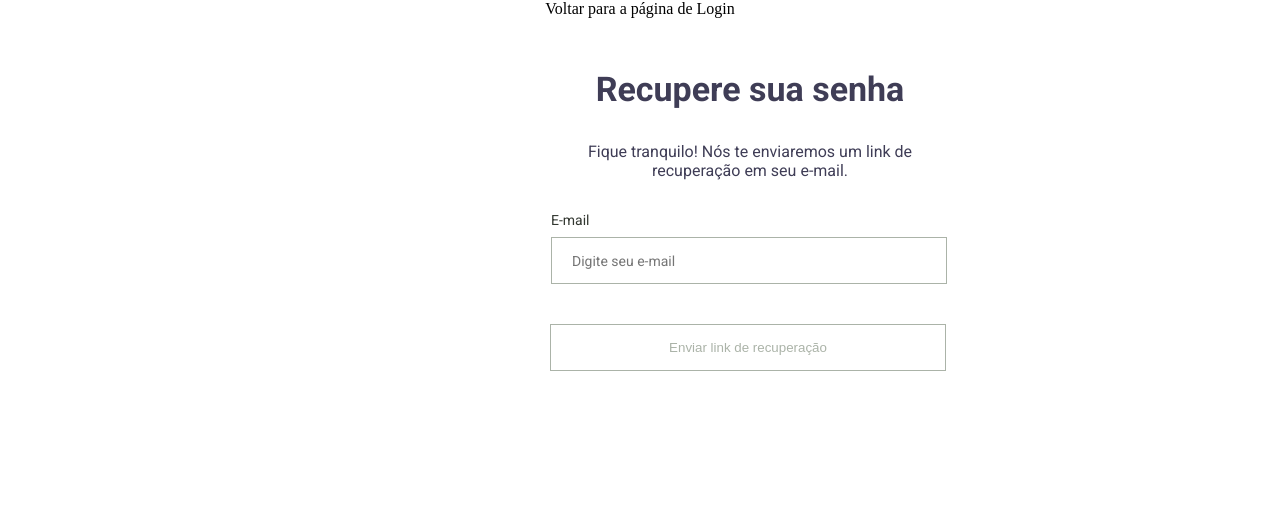
Repository: RenatoCCS/formularios
Page: senha.html
An editor plug-in stored every save of this project. The page is shown before and after the next save, followed by the edit.
The browser window is 1280 px wide. The pictures show the whole page.

Above is the page before, as saved 2023-03-27 22:05:40.

After the next save:
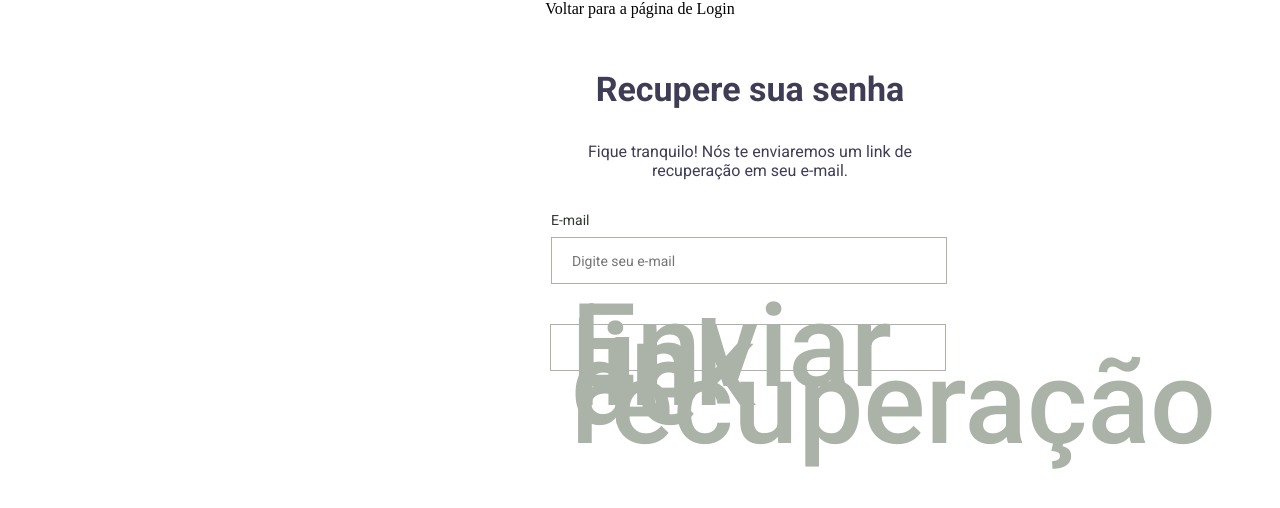
Saved 33 s later.
--- a/style.css
+++ b/style.css
@@ -854,7 +854,7 @@
   left: 550px;
 }
 
-.senha__Botao__Titulo {
+.senha__Botao__Campo {
   position: absolute;
   width: 189px;
   height: 19px;

After the save that followed:
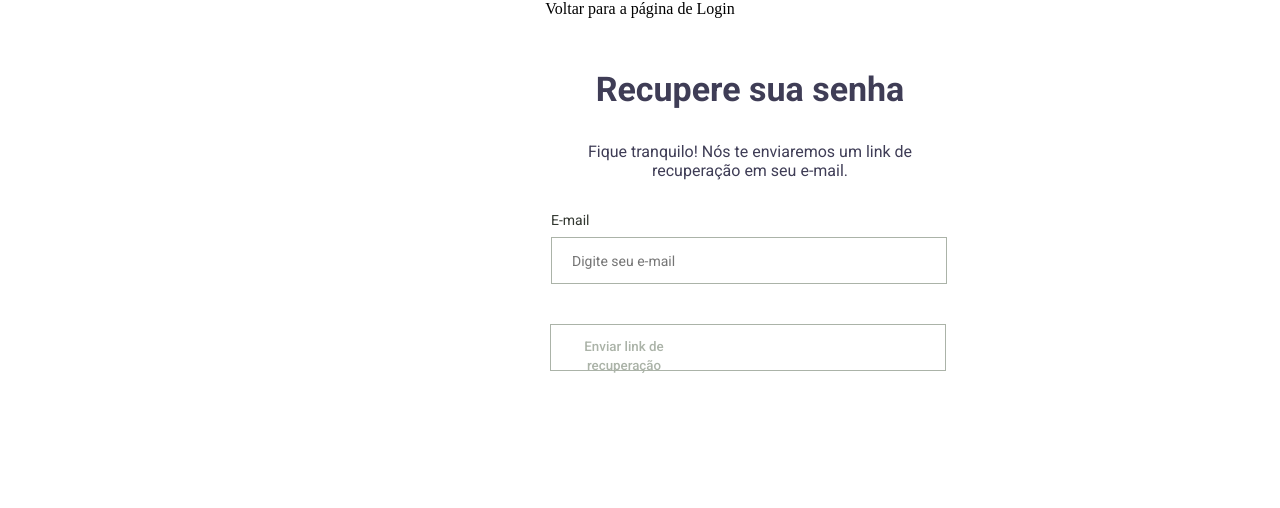
Saved 26 s later.
--- a/style.css
+++ b/style.css
@@ -864,7 +864,7 @@
   font-family: var(--fonte-primaria);
   font-style: normal;
   font-weight: 500;
-  font-size: 116px;
+  font-size: 116 px;
   line-height: 19px;
   padding: 12px 268px 11px 20px;
 }
